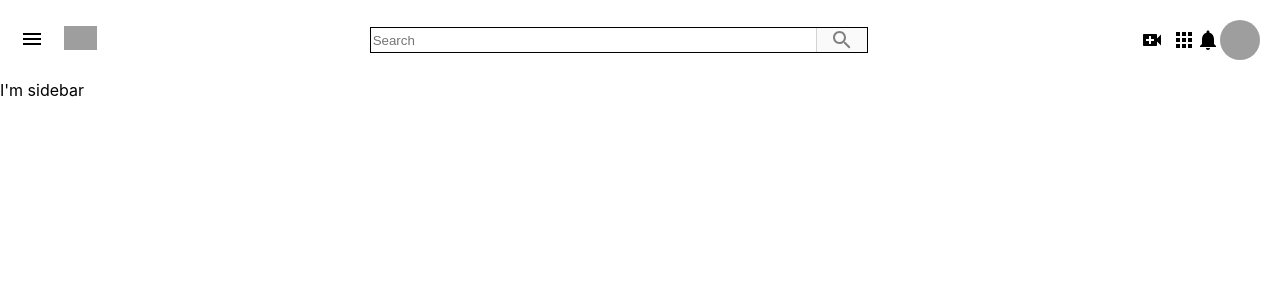
Repository: SubhashiniSundaresan/youtube-clone
Page: /search/
These files come from the project's save history. The page is drawn as it stood at one moment and after the next save; the edit follows.
The browser window is 1280 px wide. The pictures show the whole page.
Pictures or frames that could not be fetched are drawn as grey boxes. The project was rebuilt for these pictures with package versions that can differ from the ones it lists, and the page was loaded fresh each time. Also part of the build but not shown: src/App.css.

Above is the page before, as saved 2020-12-23 14:59:23.

After the next save:
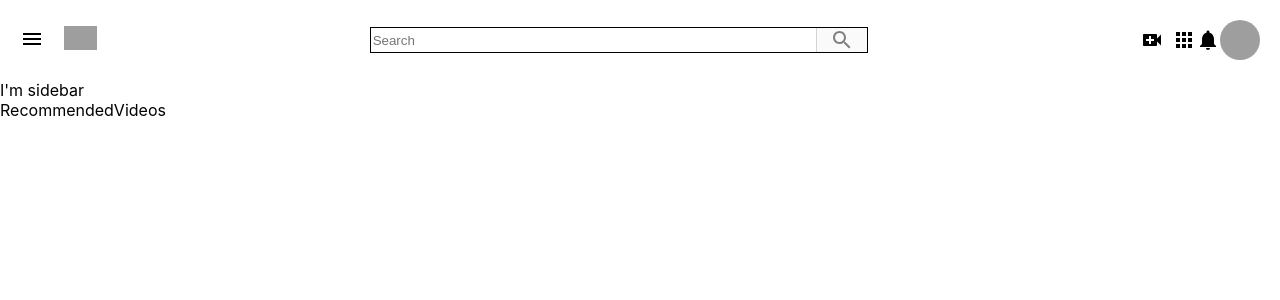
Saved 17 s later.
--- a/src/App.js
+++ b/src/App.js
@@ -1,5 +1,6 @@
 import "./App.css";
 import Header from "./Header";
+import RecommendedVideos from "./RecommendedVideos";
 import Sidebar from "./Sidebar";
 
 function App() {
@@ -8,6 +9,7 @@
       <Header />
       <div className='app__page'>
         <Sidebar />
+        <RecommendedVideos />
       </div>
     </div>
   );
